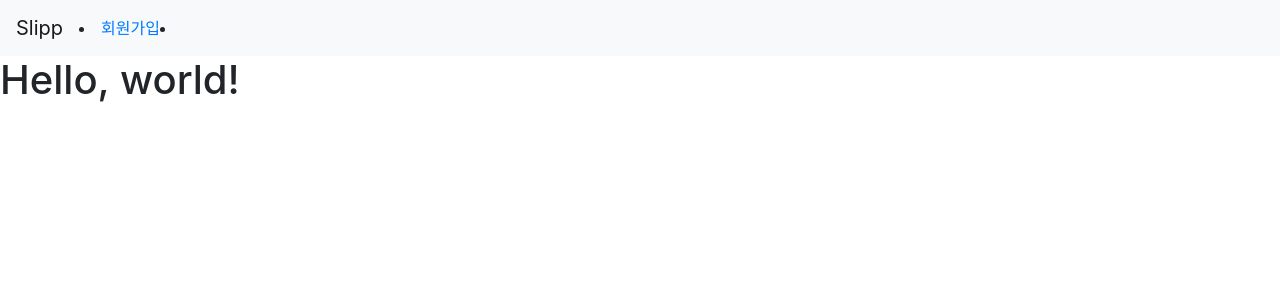
Repository: moonseoklee/SpringbootEx2
Page: my-slipp/src/main/resources/static/form.html
These files come from the project's save history. The page is drawn as it stood at one moment and after the next save; the edit follows.
The browser window is 1280 px wide. The pictures show the whole page.

Above is the page before, as saved 2019-08-08 07:09:48.

After the next save:
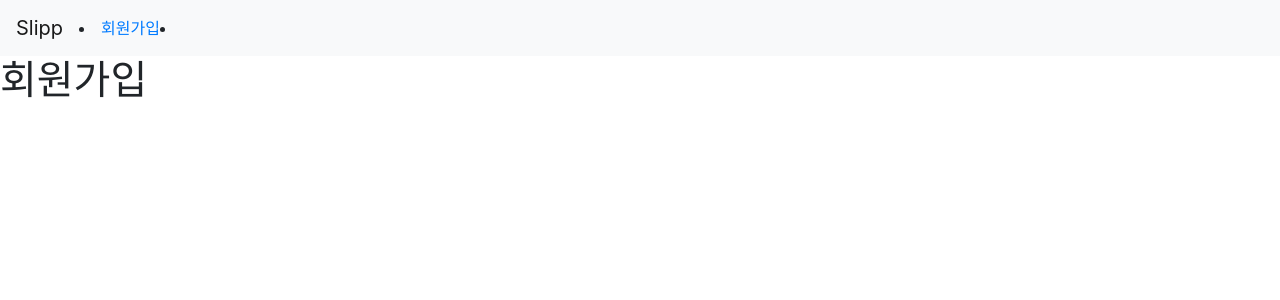
Saved 47 s later.
--- a/my-slipp/src/main/resources/static/form.html
+++ b/my-slipp/src/main/resources/static/form.html
@@ -18,7 +18,7 @@
     <li><a href="/form.html">회원가입</a><li>
   </div>
 </nav>
-    <h1>Hello, world!</h1>
+    <h1>회원가입</h1>
 
     <!-- Optional JavaScript -->
     <!-- jQuery first, then Popper.js, then Bootstrap JS -->
